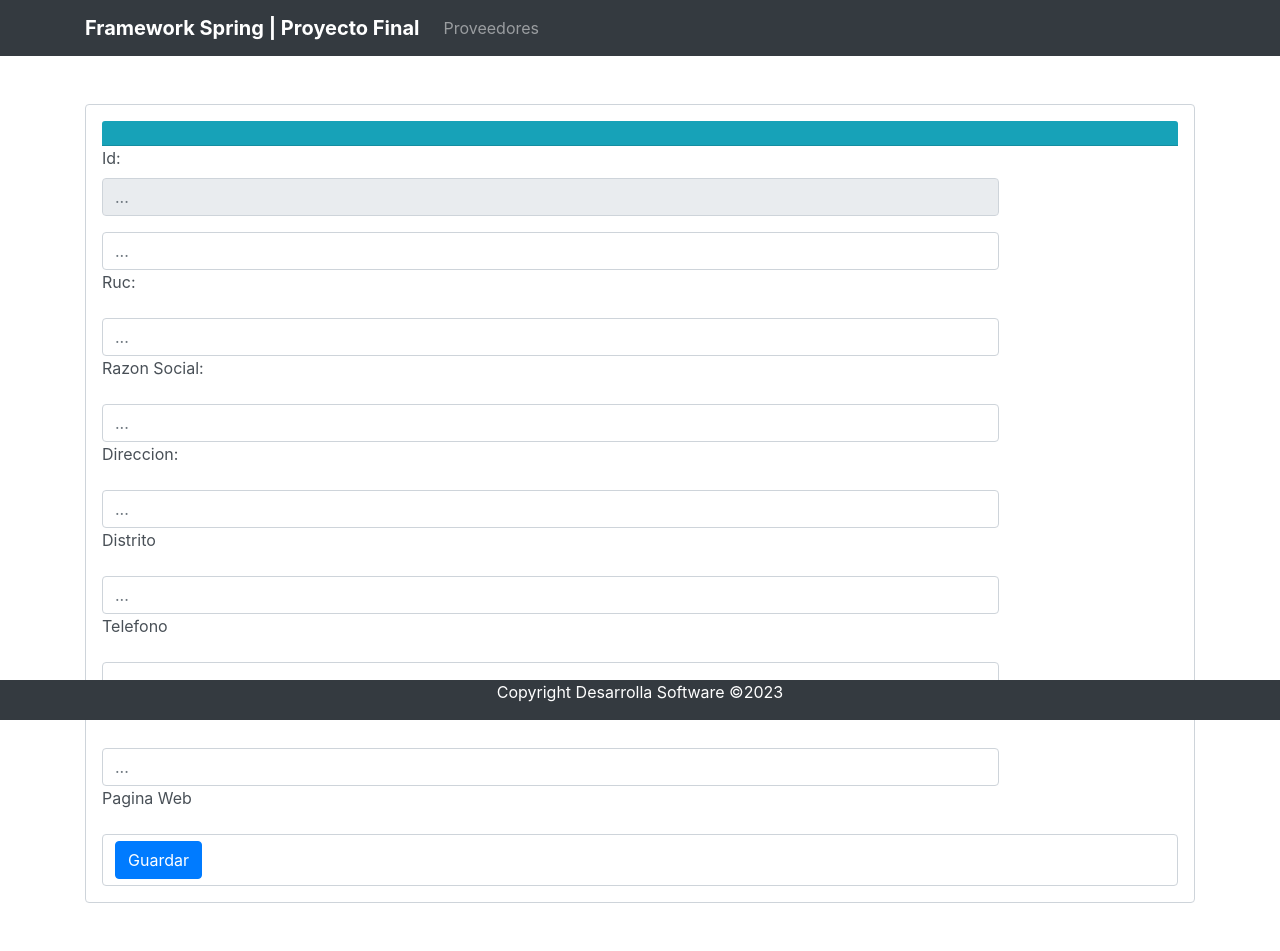
Repository: jeanyantas/proyecto-final-spring
Page: http://localhost/frmEditar
The author's editor kept a copy of each file at every save. The page is drawn from the files as they stood at one save, then again after the next save.
The browser window is 1280 px wide. The pictures show the whole page.
The page is this project's Thymeleaf template; nobody is signed in. The template is opened directly, without the code that normally fills it, so the values that code supplies are empty.

Above is the page before, as saved 2023-01-15 21:27:34.

After the next save:
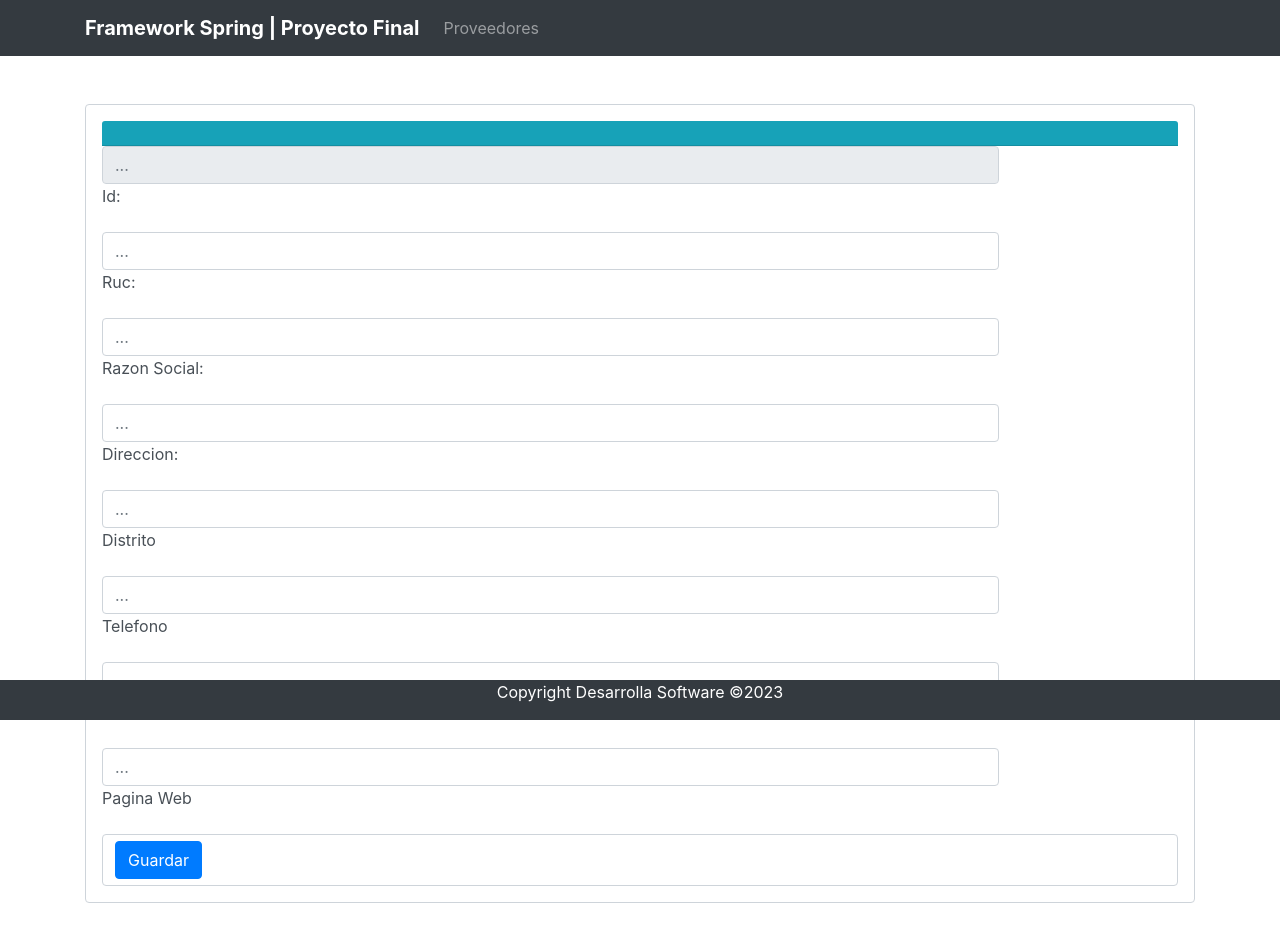
Saved 6 s later.
--- a/moduloProveedor/src/main/resources/templates/frmEditar.html
+++ b/moduloProveedor/src/main/resources/templates/frmEditar.html
@@ -7,8 +7,8 @@
 			<form th:action="@{/grabar}" th:object="${proveedor}" method="post" class="form-control p-3 my-5">
 					<div class="card-header bg-info text-white" th:text="${titulo}"></div>
 					<div class="form-floating mb-3">
+						<input type="text" readonly th:field="*{id}" class="form-control col-md-10" id="id" placeholder="...">
 						<label for="id">Id:</label>
-						<input type="text" readonly th:field="*{id}" class="form-control col-md-10" id="id" placeholder="...">
 					</div>
 					<div class="form-floating mb-3">
 						<input type="text" th:field="*{ruc}" class="form-control col-md-10" id="ruc" placeholder="...">
